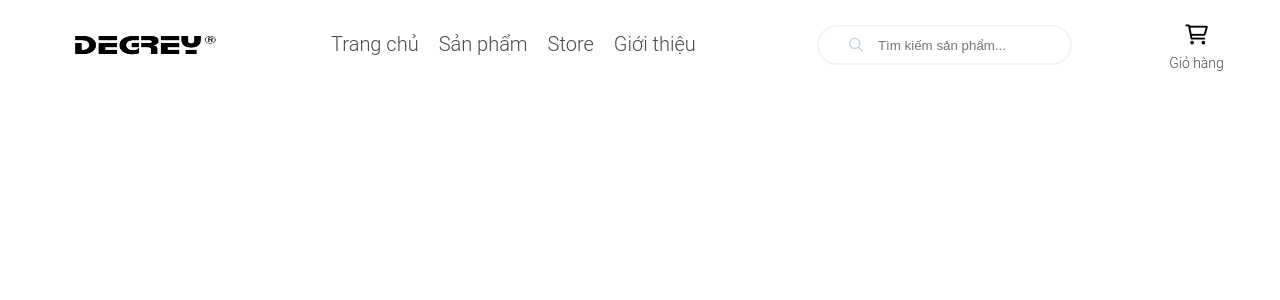
Repository: hieu-dev-1/degrey1
Page: index.html
These files come from the project's save history. The page is drawn as it stood at one moment and after the next save; the edit follows.
The browser window is 1280 px wide. The pictures show the whole page.

Above is the page before, as saved 2022-08-12 16:22:16.

After the next save:
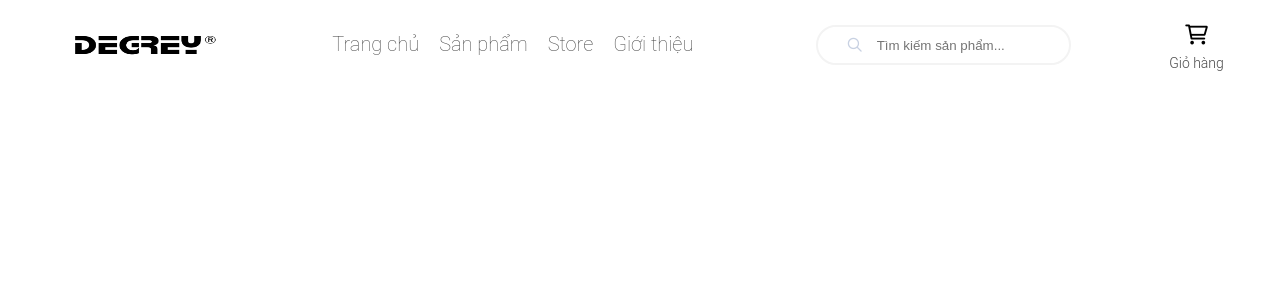
Saved 116 s later.
--- a/assets/css/main.css
+++ b/assets/css/main.css
@@ -50,7 +50,7 @@
 .header__navbar-link {
     color: var(--text-color);
     font-size: 2rem;
-    font-weight: 300;
+    font-weight: 200;
     text-decoration: none;
     padding: 0 10px;
 }

After the 2 saves that followed:
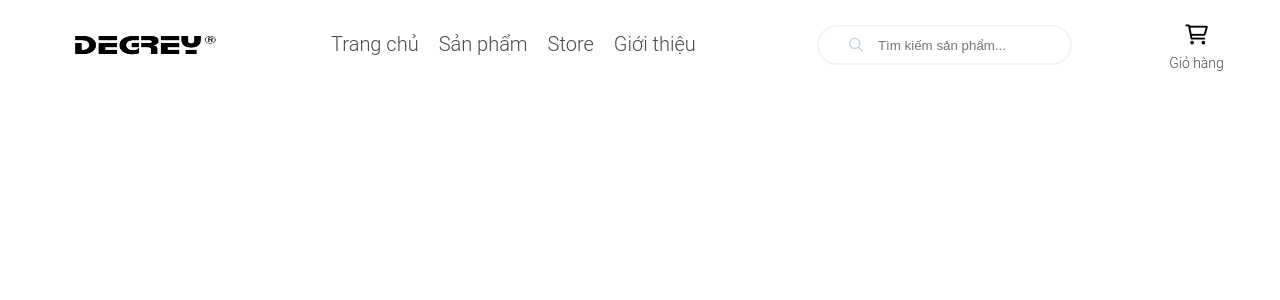
The 2 saves are shown as one change because they came seconds apart.
The last was saved 7 s later.
--- a/assets/css/main.css
+++ b/assets/css/main.css
@@ -50,7 +50,7 @@
 .header__navbar-link {
     color: var(--text-color);
     font-size: 2rem;
-    font-weight: 200;
+    font-weight: 300;
     text-decoration: none;
     padding: 0 10px;
 }
